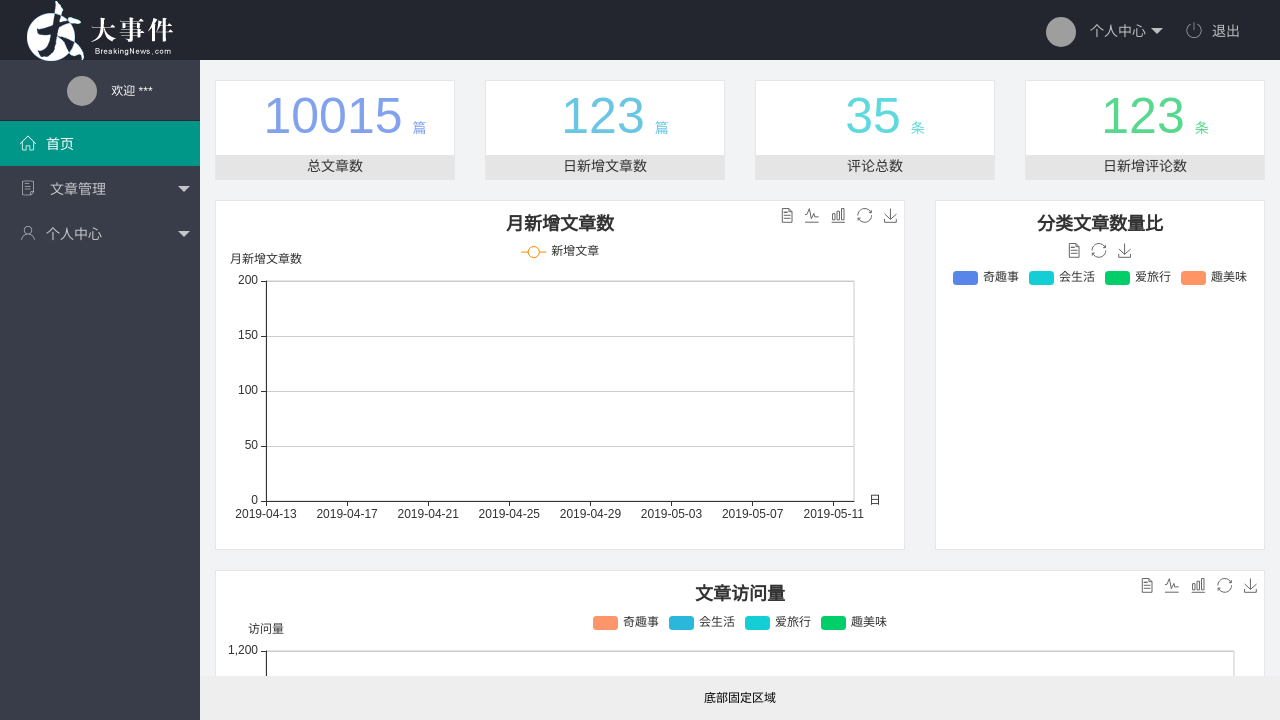
Repository: lithronmatic/web_bigbigevent
Page: index.html
These files come from the project's save history. The page is drawn as it stood at one moment and after the next save; the edit follows.
The browser window is 1280 px wide. The pictures show the whole page.
Pictures or frames that could not be fetched are drawn as grey boxes. The page's requests for data from a server got no answer.

Above is the page before, as saved 2022-09-03 09:42:06.

After the next save:
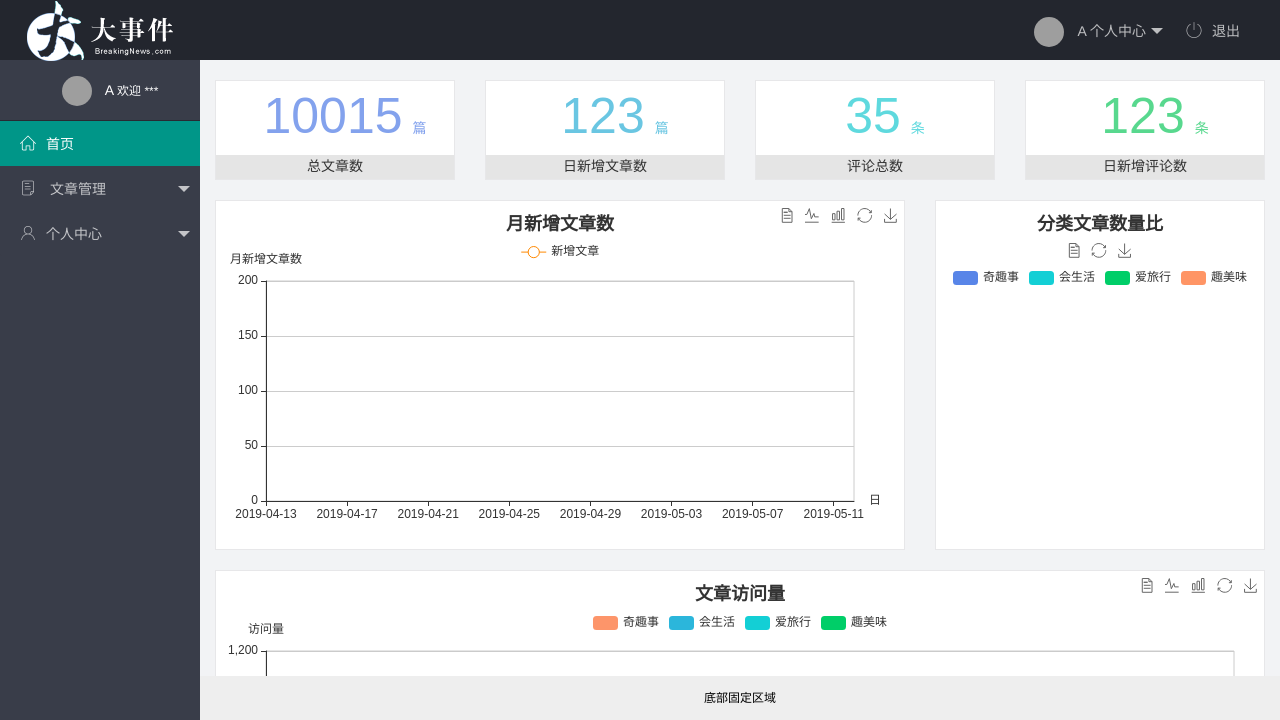
Saved 2 min 10 s later.
--- a/index.html
+++ b/index.html
@@ -23,6 +23,7 @@
                     <a href="javascript:;" class="userinfo">
                         <img src="//tva1.sinaimg.cn/crop.0.0.118.118.180/5db11ff4gw1e77d3nqrv8j203b03cweg.jpg"
                             class="layui-nav-img">
+                        <span class="text-avatar">A</span>
                         个人中心
                     </a>
                     <dl class="layui-nav-child">
@@ -44,6 +45,7 @@
                 <div class="userinfo">
                     <img src="//tva1.sinaimg.cn/crop.0.0.118.118.180/5db11ff4gw1e77d3nqrv8j203b03cweg.jpg"
                         class="layui-nav-img">
+                    <span class="text-avatar">A</span>
                     <span id="welcome">欢迎 ***</span>
                 </div>
                 <!-- 左侧导航区域（可配合layui已有的垂直导航） -->
